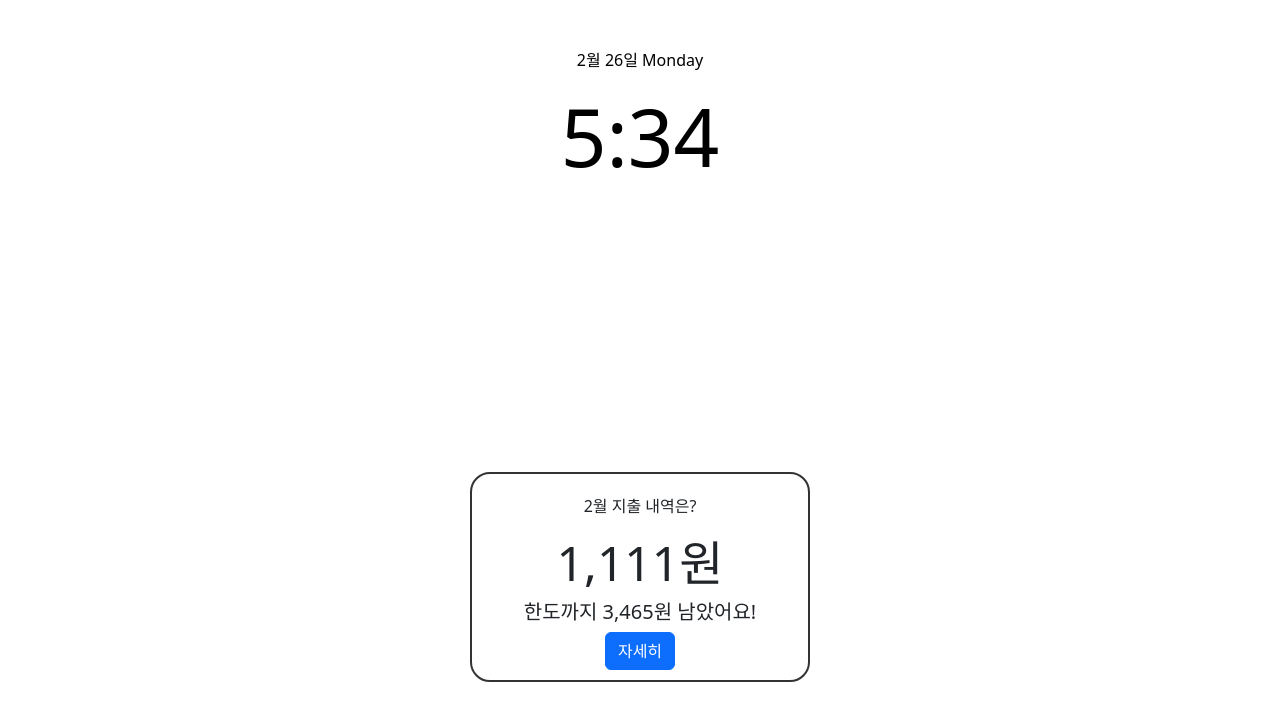
Repository: kimSummerrain/KairosHackathon
Page: venvs/karios/templates/startscreen2.html
The author's editor kept a copy of each file at every save. The page is drawn from the files as they stood at one save, then again after the next save.
The browser window is 1280 px wide. The pictures show the whole page.

Above is the page before, as saved 2024-02-26 18:11:23.

After the next save:
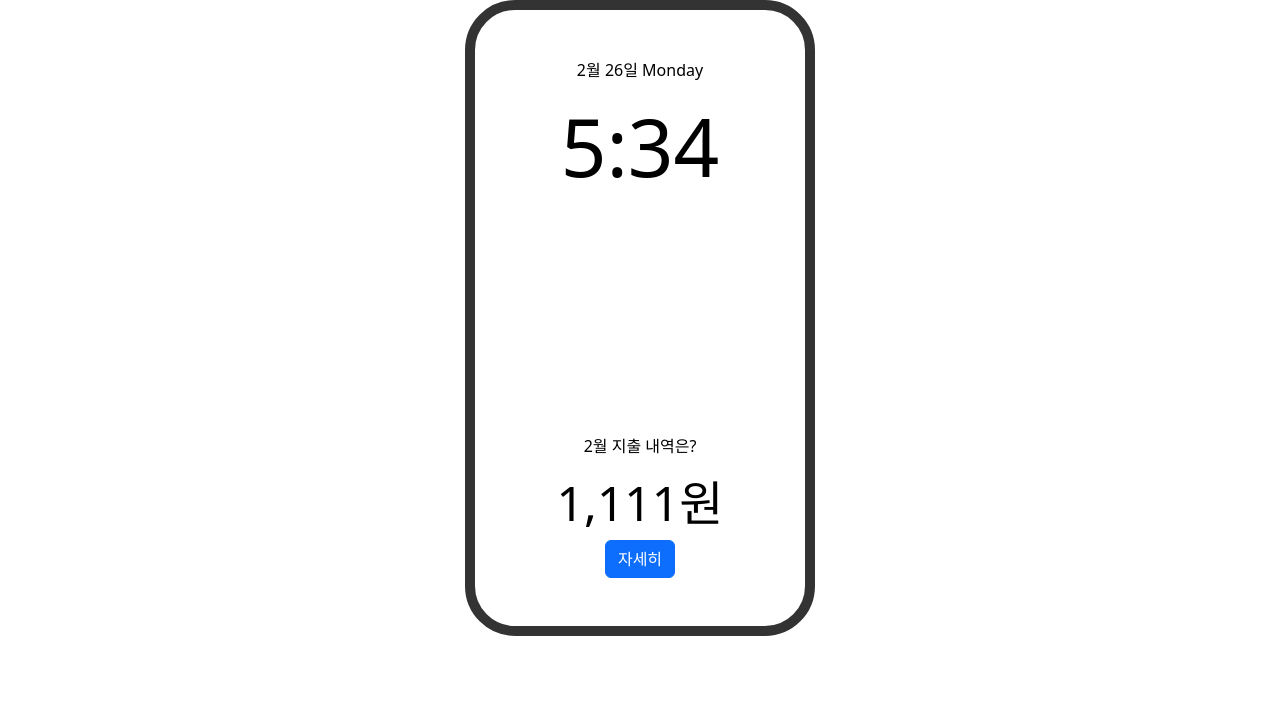
Saved 3 min 1 s later.
--- a/venvs/karios/templates/startscreen2.html
+++ b/venvs/karios/templates/startscreen2.html
@@ -41,18 +41,19 @@
         };
     </script>
     <style>
-        .rounded-rectangle {
-            width: 340px; /* 직사각형의 너비 */
-            height: 210px; /* 직사각형의 높이 */
-            background-color: #ffffff; /* 배경색 */
-            border-radius: 20px; /* 꼭짓점을 둥글게 하는 정도 */
-            margin: 0px auto 0; /* rectangle과 겹치도록 마진 조정 */
-            padding: 20px; /* 내부 여백 */
-            text-align: center; /* 내용을 가운데 정렬 */
-            border: 2px solid #333; /* 테두리의 두께와 색상 */
+        .rounded-rectangle-2{
+            width: 350px;
+            height: 750;
+            background-color: #ffffff;
+            border-radius: 50px;
+            margin: 0px auto 0;
+            padding: 20px;
+            text-align: center;
+            border: 10px solid #333;
             position: relative; /* 포지션을 상대위치로 설정하여 겹치게 함 */
             z-index: -1; /* 겹치는 요소의 순서를 지정 */
         }
+
         h1 {
         font-size: 5em;
     }
@@ -68,16 +69,15 @@
     </style>
 </head>
 <body>
-    <div class="container-fluid p-5 bg-white text-black text-center">
+    <div class="container-fluid p-5 bg-white text-black text-center rounded-rectangle-2">
         <p id="date"></p>
         <h1 id="time"></h1>
         <h1 class="margin-top"></h1>
-    </div>
-    <div class="rounded-rectangle">
         <p id="month"></p>
         <h2>1,111원</h1>
-        <h5>한도까지 3,465원 남았어요!</h5>
+
         <button class="btn btn-primary">자세히</button>
     </div>
+
 </body>
 </html>
